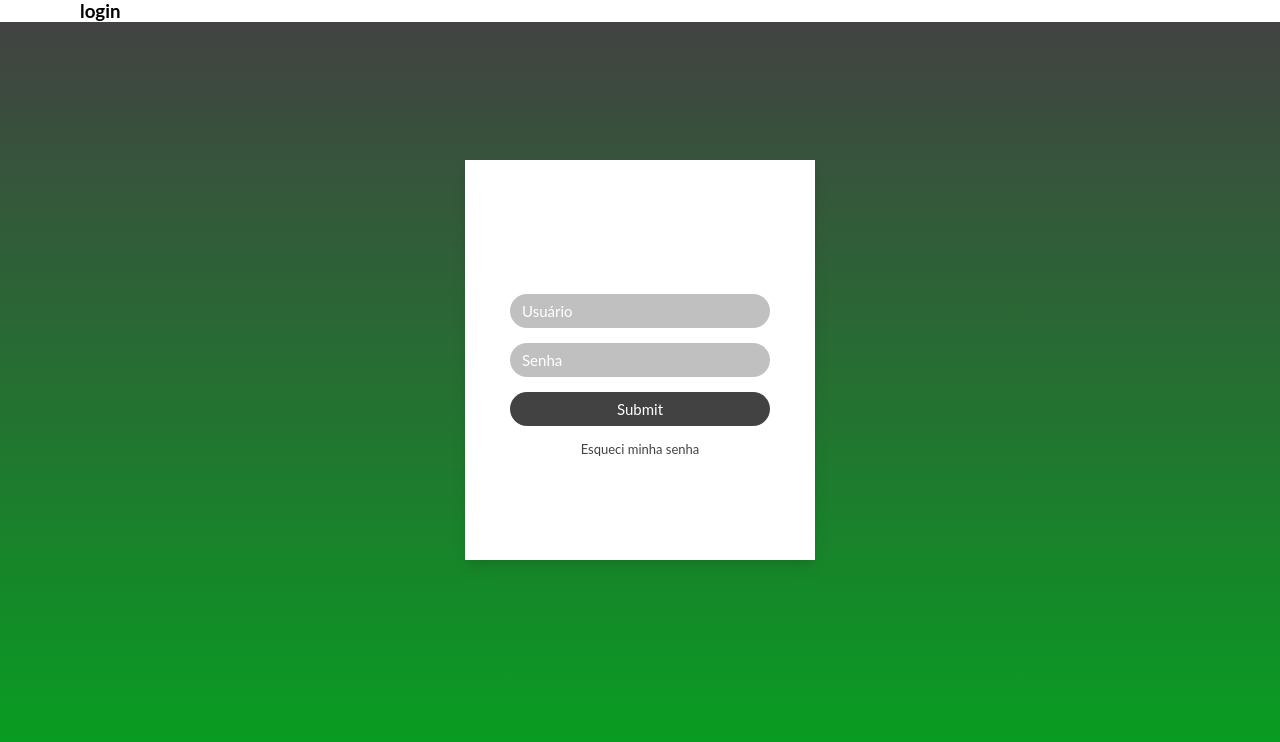
Repository: JoaoNahid/adminSystem
Page: /login (app in client/)
These files come from the project's save history. The page is drawn as it stood at one moment and after the next save; the edit follows.
The browser window is 1280 px wide. The pictures show the whole page.
The project was rebuilt for these pictures with package versions that can differ from the ones it lists, and the page was loaded fresh each time. Also part of the build but not shown: client/src/App.css, client/src/css/sidebar.css, client/src/routes/cadastro.js, client/src/components/sidebar.js, client/src/components/verificaLogin.js, client/src/routes/home.js, client/src/routes/404.js, client/src/routes/lote.js and 2 more.

Above is the page before, as saved 2022-05-07 17:11:10.

### client/src/App.js
import logo from './logo.svg';
import React, { useState, useEffect } from "react"
import './App.css';
import './css/style.css';
import './css/sidebar.css';


// Router
import { BrowserRouter as Router, Route, Routes } from 'react-router-dom';
// Telas
import Login from './routes/login.js'
import Cadastro from './routes/cadastro.js'
import Home from './routes/home.js'
import Error from './routes/404.js'
import Header from './routes/header.js'
import Lote from './routes/lote.js'
import Calculos from './routes/calculos.js'
import EdicaoPaginas from "./routes/edicaoPaginas"

export default function App() {

  return (
    <Router>
      <div>
        <Header />
        <Routes>
          <Route exact path="/login" element={<Login />} />
          <Route exact path="/cadastro" element={<Cadastro />} />
          <Route exact path="/" element={<Home />} />
          <Route exact path="/home" element={<Home />} />
          <Route exact path="/lote/:id" element={<Lote />} />
          <Route exact path="/calculos" element={<Calculos />} />
          <Route exact path="/edicao" element={<EdicaoPaginas />} />
          <Route path="*" element={<Error />} />
        </Routes>
      </div>
    </Router>
  )
}

### client/src/css/style.css
body{
  margin: 0;
  padding: 0;
  font-family: 'Lato', sans-serif;
}
*{
  margin: 0;
  padding: 0;
  font-family: 'Lato', sans-serif;
}
:root{
  --cor1: #099c22;
  --cor2: #424242;
}

@import url('https://fonts.googleapis.com/css2?family=Lato:ital,wght@0,100;0,300;0,400;0,700;0,900;1,100;1,300;1,400;1,700;1,900&display=swap');


.container{
  width: calc(100% - 80px);
  padding: 0 15px;
  margin: 0 auto;
}
.nomePagina{
  padding: 8px 0;
  margin-bottom: 15px;
  background-color: #fff;
  display: flex;
  flex-direction: row;
  justify-content: space-between;
  align-items: center;
}

.tituloPagina{
  color: var(--cor2);
  font-size: 30px;
}
.mostrarEstatisticas{
  color: var(--cor2);
  font-size: 30px;
  cursor: pointer;
  transform: rotate(180deg);
}
.flexBox{
  display: flex;
}
.flexRow{
  flex-direction: row;
}
/* SIDEBAR */
.sidebar{
  position: fixed;
  top: 0;
  bottom: 0;
  height: auto;
  width: 70px;
  background-color: var(--cor2);
  box-shadow: 10px 0 0 var(--cor1);
  overflow: hidden;
  transition: 0.5s;
  z-index: 2;
}
.sidebar:hover{
  width: 300px;
}
.sidebar ul{
  position: absolute;
  top: 200px;
  left: 0;
  width: 100%;
  padding-left: 5px;
}
.sidebar ul li{
  position: relative;
  list-style: none;
  width: 100%;
  border-top-left-radius: 20px;
}
.sidebar ul li a{
  position: relative;
  display: flex;
  width: 100%;
  text-decoration: none;
  color: #fff;
}
.sidebar .iconeSidebar{
  position: relative;
  display: block;
  min-width: 60px;
  height: 60px;
  text-align: center;
  line-height: 70px;
}
.sidebar .iconeSidebar ion-icon{
  position: relative;
  font-size: 1.5rem;
  z-index: 1;
}
.sidebar .tituloSidebar{
  position: relative;
  display: block;
  padding-left: 10px;
  height: 60px;
  line-height: 60px;
  white-space: nowrap;
}
.sidebar .active{
  background: var(--cor1);
}
.perfilUsuario{
  position: relative;
  top: 30px;
  display: flex;
  flex-direction: column;
  justify-content: center;
  align-items: center;
}
.fotoUsuario{
  width: 50px;
  height: 50px;
  border-radius: 50%;
  background-size: cover !important;
  background-repeat: no-repeat !important;
  background-position: center !important;
  transition: 0.6s;
}
.sidebar:hover .fotoUsuario{
  width: 100px;
  height: 100px;
}
.sidebar:hover .nomeUsuario,
.sidebar:hover .funcaoUsuario{
  visibility: visible;
  opacity: 1;
  transition: visibility 0s, opacity 0s linear;
}
.nomeUsuario{
  color: #fff;
  font-size: 20px;
  margin-top: 6px;
  visibility: hidden;
  opacity: 0;
  transition: visibility 0s, opacity 0s linear;
}
.funcaoUsuario{
  color: #fff;
  font-size: 15px;
  visibility: hidden;
  opacity: 0;
  transition: visibility 0s, opacity 0s linear;
}
/* FIM SIDEBAR */

/* DASHBOARD */
.areaBlocosEstatisticas{
  display: grid;
  grid-template-columns: repeat(4, 1fr);
  justify-content: center;
  gap: 20px;
  flex-direction: row;
}
@media(max-width: 1064px){
  .areaBlocosEstatisticas{
    grid-template-columns: repeat(2, 1fr);
  }
}
@media(max-width: 651px){
  .areaBlocosEstatisticas{
    grid-template-columns: 1fr;
  }
}
.blocoEstatistica{
  width: auto;
  height: 150px;
  background: var(--cor2);
  color: #fff;
  border-bottom: 3px solid var(--cor1);
  border-top-left-radius: 20px;
  border-top-right-radius: 20px;
  display: flex;
  flex-direction: column;
  justify-content: space-between;
  align-items: center;
  padding: 8px 12px;
}
.tituloEstatistica{
  font-size: 25px;
  text-transform: capitalize;
}
.conteudoEstatistica{
  display: flex;
  flex-direction: row;
  align-items: center;
  justify-content: space-between;
  width: 100%;
  padding-bottom: 25px;
}
.iconeEstatistica{
  width: 85px;
  font-size: 50px;
  z-index: 0;
}
.dadosEstatistica{
  text-align: center;
  width: 100%;
  font-size: 60px;
  color: #fff;
}
.exibirMenu{
  margin-top: -1000px !important;
  transition: .3s;
}
.rotacionarBtn{
  transform: rotate(180deg);
  transition: .7s ease-in;
}
/* FIM DASHBOARD */

/* LOGIN */
#bgAreaLogin{
  background: rgb(9,156,34);
  background: linear-gradient(0deg, rgba(9,156,34,1) 0%, rgba(66,66,66,1) 100%);
  width: 100%;
  height: 100vh;
}
#areaLogin{
  position: absolute;
  top: 0;
  bottom: 0;
  right: 0;
  left: 0;
  margin: auto auto;
  width: 350px;
  height: 400px;
  box-shadow: rgba(0, 0, 0, 0.1) 0px 10px 15px -3px, rgba(0, 0, 0, 0.05) 0px 4px 6px -2px;
  background-color: #fff;
}
.formLogin{
  padding: 15px 45px ;
  display: flex;
  flex-direction: column;
  gap: 15px;
  align-items: center;
  justify-content: center;
  height: 100%;
}
#areaLogin input{
  /* border-top: 0 none;
  border-right: 0 none;
  border-left: 0 none;
  border-color: var(--cor1); */
  border: 0 none;
  background: #42424255;
  color: var(--cor2);
  border-radius: 20px;
  padding: 8px 12px;
  font-size: 15px;
  width: calc(100% - 24px);
}
#areaLogin input::placeholder{
  color: #fff;
}
#areaLogin input:focus{
  outline: none;
}
.btnLogar{
  width: 100% !important;
  background-color: var(--cor2) !important;
  transition: .3s;
  color: #fff !important;
}
.btnLogar:hover{
  background-color: var(--cor1) !important;
  color: #fff !important;
  cursor: pointer;
}
.esqueciASenha{
  font-size: 13px;
  color: var(--cor2);
  text-decoration: none;
}
.esqueciASenha:hover{
  color: inherit;
}

/* FIM LOGIN */


/* INPUTS */
input:focus{
  outline: 0;
}
.formEdicao input{
  border-top: 0 none;
  border-right: 0 none;
  border-left: 0 none;
  border-bottom: 2px solid var(--cor2);
  padding: 0 5px 2px;
  font-size: 15px;
  transition: 0.3s;
  width: 100%;
}
.formEdicao input:focus{
  border-color: var(--cor1);
}
/* FIM INPUTS */

#headerArea{
  height: 50px;
  width: 100%;
  background-color: rgb(36, 133, 189);
  color: #fff;
}

/* PAGINA DE ERRO */
#errorPage{
  width: 100%;
  text-align: center;
  padding-top: 50px;
}

.inputsConversao{
  border: 1px solid #aaa8a8;
  border-radius: 3px;
  width: 350px;
  padding: 8px 10px;
  margin-bottom: 10px;
}
.tituloInput{
  margin-bottom: 3px;
}
#gridLotes{
  display: grid;
  grid-template-columns: repeat(4, 1fr);
  gap: 8px;
}
.boxLote{
  padding: 5px;
  text-align: left;

  color: #fff;
}
.loteFechado{
  background-color: rgb(230, 91, 109);
}
.loteAberto{
  background-color: rgb(36, 133, 189);
}
.boxConversao{
  flex-direction: row;
  justify-content: space-between;
  gap: 10px;
}
.flexChild100{
  width: 100%;
  padding: 15px;
}

### client/src/routes/login.js
import React, { Component} from "react"
import Axios from "axios"
import md5 from "md5-hash"

export default class Login extends Component{
    constructor() {
        super()

        this.state = {
            usuario: "",
            senha: "",
            email: ""
        }
    }

    logar = (e) => {
        e.preventDefault()
        // 'http://localhost:3001/login/'+this.state.email+'/'+this.state.senha
        Axios.get('http://localhost:3001/login/', {
            params: {
                user: this.state.usuario,
                senha: md5(this.state.senha)
            }

        }).then((response) => {
            var dadosDoServidor = response.data[0]
            if(dadosDoServidor != undefined){
                this.logarUsuario(dadosDoServidor.idUsuario, dadosDoServidor.email)
            } else {
                window.alert('Login Inválido')
            }

        })

    }

    logarUsuario = (id, email) => {

        const token = md5(id+email)
        Axios.post('http://localhost:3001/conexoesUsuarios', {
            id: id,
            token: token
        }).then((response) => {
            console.log(response)
            localStorage.setItem("id", id)
            localStorage.setItem("token", token)
            window.location.href = "/home"
        })
    }

    render() {
        return (
            <div id="bgAreaLogin">
                <div id="areaLogin" className="">
                    <div className="logoAreaLogin">

                    </div>
                    <form className="formLogin" method="post">
                        <input className="inputCampo" type="text" autoComplete="off" placeholder="Usuário" name="usuario" defaultValue={this.state.usuario} onChange={(e) => (this.setState({usuario: e.target.value}))} />
                        <input className="inputCampo" type="password" autoComplete="off" placeholder="Senha" name="senha" defaultValue={this.state.senha} onChange={(e) => (this.setState({ senha: e.target.value }))}/>

                        <input className="btnLogar" type="submit" name="logar" defaultValue="Login" onClick={(e) => this.logar(e)} />
                        <a className="esqueciASenha" href="esqueci-a-senha.php">Esqueci minha senha</a>
                    </form>
                </div>
            </div>
        )
    }
}

### client/src/routes/header.js
import React, { useEffect, useState } from "react"

export default function Header() {

    const [pagina, setPagina] = useState()
    useEffect(() => {
        var link = window.location.href
        link = link.split('/')
        link = link[3]
        setPagina(link)
    })

    function setTituloPagina(link){
        if (link === 'edicao') {
            setPagina('Edição')
        } else if(link === 'home'){
            setPagina('Home')
        } else if(link === 'contato')[
            setPagina('Contato')
        ]
    }

    return(
        <div className="container">
            <div className="container">
                <h3>{ pagina }</h3>
            </div>
        </div>
    )
}

Loaded but not shown: client/public/index.html (common file); client/src/index.js (common file); client/src/index.css (common file); client/src/reportWebVitals.js (common file)

After the next save:
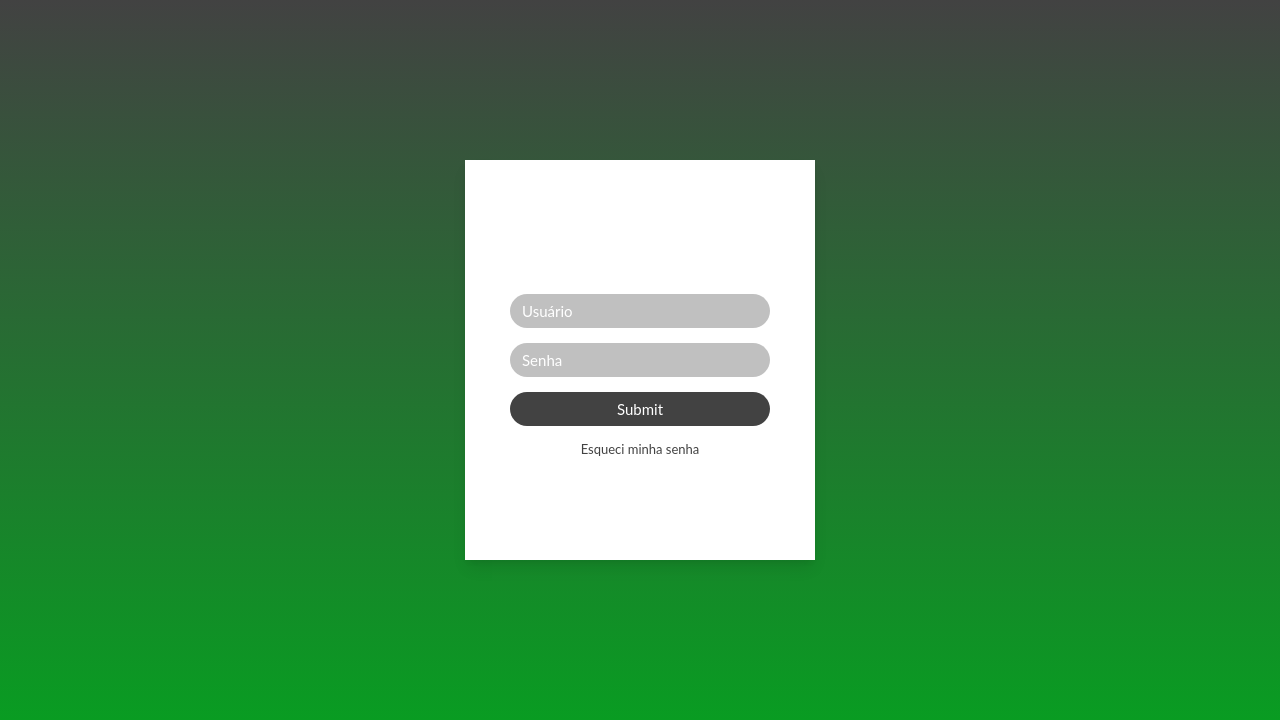
Saved 4 s later.
--- a/client/src/routes/header.js
+++ b/client/src/routes/header.js
@@ -7,7 +7,8 @@ export default function Header() {
         var link = window.location.href
         link = link.split('/')
         link = link[3]
-        setPagina(link)
+
+        setTituloPagina(link)
     })
 
     function setTituloPagina(link){
